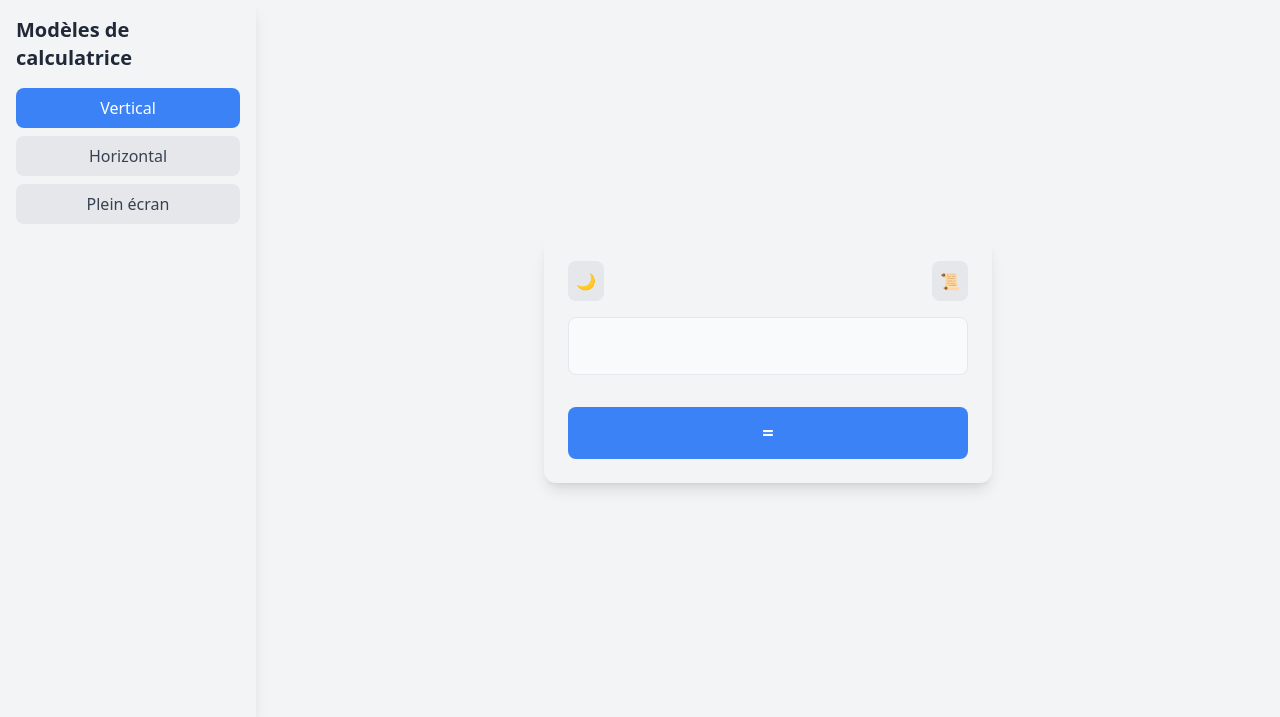
Repository: Sirinegaddour11/Calculator-App
Page: /
An editor plug-in stored every save of this project. The page is shown before and after the next save, followed by the edit.
The browser window is 1280 px wide. The pictures show the whole page.
The project was rebuilt for these pictures with package versions that can differ from the ones it lists, and the page was loaded fresh each time. The framework's server and built-in components were replaced by stand-ins that run in the browser. Also part of the build but not shown: next.config.mjs.

Above is the page before, as saved 2024-09-16 19:52:54.

### app/layout.tsx
import type { Metadata } from "next";
import "./globals.css";

export const metadata: Metadata = {
  title: "Calculator App",
  description: "Generated by me",
};

export default function RootLayout({
  children,
}: Readonly<{
  children: React.ReactNode;
}>) {
  return (
    <html lang="en">
      <body className="bg-red-200">{children}</body>
    </html>
  );
}

### app/page.tsx
import Calculator from "@/components/calculator";
import Image from "next/image";

export default function Home() {
  return (
    <div>
      <Calculator />
    </div>
  );
}

### app/globals.css
@tailwind base;
@tailwind components;
@tailwind utilities;

.dark .three-d {
  text-shadow: 0px 5px 0px #533519;
}
.three-d {
  text-shadow: none;
}
.dark .simplebar-scrollbar ::before {
 background-color: rgb(216, 217, 231);
}

### components/calculator.tsx
"use client";
import React, { useState, useEffect } from "react";
import {
  evaluate,
  pi,
  exp,
  log,
  factorial,
  sin,
  cos,
  tan,
  asin,
  acos,
  atan,
} from "mathjs";

const Calculator: React.FC = () => {
  const [expression, setExpression] = useState<string>("");
  const [lastResult, setLastResult] = useState<string>("");
  const [isRadianMode, setIsRadianMode] = useState<boolean>(true);
  const [theme, setTheme] = useState<string>("light");
  const [history, setHistory] = useState<string[]>([]);
  const [showHistory, setShowHistory] = useState<boolean>(false);
  const [layout, setLayout] = useState<string>("vertical");

  const handleButtonClick = (value: string) => {
    switch (value) {
      case "pi":
        setExpression((prev) => prev + "π");
        break;
      case "e":
        setExpression((prev) => prev + "e");
        break;
      case "Ans":
        setExpression((prev) => prev + lastResult);
        break;
      case "ln":
        setExpression((prev) => prev + "log(");
        break;
      case "log":
        setExpression((prev) => prev + "log10(");
        break;
      case "x!":
        setExpression((prev) => prev + "factorial(");
        break;
      case "%":
        setExpression((prev) => prev + "%");
        break;
      case "inv":
        setExpression((prev) => prev + "^(-1)");
        break;
      case "EXP":
        setExpression((prev) => prev + "×10^");
        break;
      case "CE":
        setExpression((prev) => prev.slice(0, -1));
        break;
      case "x²":
        setExpression((prev) => prev + "^2");
        break;
      case "x³":
        setExpression((prev) => prev + "^3");
        break;
      case "√":
        setExpression((prev) => prev + "sqrt(");
        break;
      case "∛":
        setExpression((prev) => prev + "cbrt(");
        break;
      case "sin⁻¹":
        setExpression((prev) => prev + "asin(");
        break;
      case "cos⁻¹":
        setExpression((prev) => prev + "acos(");
        break;
      case "tan⁻¹":
        setExpression((prev) => prev + "atan(");
        break;
      case "Rad":
        setIsRadianMode(true);
        break;
      case "Deg":
        setIsRadianMode(false);
        break;
      case ".":
        setExpression((prev) =>
          prev === "" || prev.endsWith("(") ? prev + "0." : prev + "."
        );
        break;
      default:
        if (["sin", "cos", "tan", "^"].includes(value)) {
          setExpression((prev) => prev + value + "(");
        } else if (value === ")") {
          setExpression((prev) => prev + value);
        } else {
          setExpression((prev) => prev + value);
        }
        break;
    }
  };

  const handleCalculate = () => {
    try {
      let expressionToEvaluate = expression
        .replace(/π/g, "pi")
        .replace(/×/g, "*");
      if (!isRadianMode) {
        expressionToEvaluate = expressionToEvaluate
          .replace(/sin\(/g, "sin(pi/180*")
          .replace(/cos\(/g, "cos(pi/180*")
          .replace(/tan\(/g, "tan(pi/180*")
          .replace(/asin\(/g, "180/pi*asin(")
          .replace(/acos\(/g, "180/pi*acos(")
          .replace(/atan\(/g, "180/pi*atan(");
      }
      const result = evaluate(expressionToEvaluate);
      setLastResult(result.toString());
      setExpression(result.toString());
      setHistory((prev) => [
        expression + " = " + result.toString(),
        ...prev.slice(0, 4),
      ]);
    } catch (error) {
      setExpression("Erreur");
    }
  };

  const handleClear = () => {
    setExpression("");
    setLastResult("");
  };

  const toggleTheme = () => {
    setTheme((prevTheme) => (prevTheme === "light" ? "dark" : "light"));
  };

  const toggleHistory = () => {
    setShowHistory((prev) => !prev);
  };

  useEffect(() => {
    document.body.className = theme;
  }, [theme]);

  return (
    <div
      className={`flex min-h-screen bg-${
        theme === "light" ? "gray-100" : "gray-800"
      } font-sans`}
    >
      <div
        className={`w-64 bg-${
          theme === "light" ? "white" : "gray-700"
        } p-4 shadow-lg`}
      >
        <h2
          className={`text-xl font-bold mb-4 ${
            theme === "light" ? "text-gray-800" : "text-white"
          }`}
        >
          Modèles de calculatrice
        </h2>
        <ul>
          {["vertical", "horizontal", "plein écran"].map((option) => (
            <li key={option} className="mb-2">
              <button
                className={`w-full p-2 rounded-lg ${
                  layout === option
                    ? theme === "light"
                      ? "bg-blue-500 text-white"
                      : "bg-blue-700 text-white"
                    : theme === "light"
                    ? "bg-gray-200 text-gray-700"
                    : "bg-gray-600 text-white"
                } hover:bg-blue-600 transition-colors`}
                onClick={() => setLayout(option)}
              >
                {option.charAt(0).toUpperCase() + option.slice(1)}
              </button>
            </li>
          ))}
        </ul>
      </div>
      <div
        className={`flex-grow flex justify-center items-center ${
          layout === "plein écran" ? "p-4" : ""
        }`}
      >
        <div
          className={`${
            layout === "vertical"
              ? "max-w-md w-full"
              : layout === "horizontal"
              ? "max-w-4xl w-full"
              : "w-full h-full"
          } bg-${
            theme === "light" ? "white" : "gray-700"
          } rounded-xl shadow-lg p-6`}
        >
          <div className="flex justify-between mb-4">
            <button
              className={`p-2 rounded-lg ${
                theme === "light"
                  ? "bg-gray-200 text-gray-700"
                  : "bg-gray-600 text-white"
              }`}
              onClick={toggleTheme}
            >
              {theme === "light" ? "🌙" : "☀️"}
            </button>
            <button
              className={`p-2 rounded-lg ${
                theme === "light"
                  ? "bg-gray-200 text-gray-700"
                  : "bg-gray-600 text-white"
              }`}
              onClick={toggleHistory}
            >
              📜
            </button>
          </div>
          <input
            type="text"
            className={`w-full mb-4 p-3 text-2xl text-right ${
              theme === "light"
                ? "bg-gray-50 text-gray-700"
                : "bg-gray-600 text-white"
            } rounded-lg border border-gray-200 focus:outline-none focus:border-blue-500`}
            value={expression}
            readOnly
          />
          {showHistory && (
            <div
              className={`mb-4 p-2 ${
                theme === "light" ? "bg-gray-100" : "bg-gray-600"
              } rounded-lg`}
            >
              <h3
                className={`text-lg font-bold ${
                  theme === "light" ? "text-gray-700" : "text-white"
                }`}
              >
                Historique
              </h3>
              <ul>
                {history.map((item, index) => (
                  <li
                    key={index}
                    className={`${
                      theme === "light" ? "text-gray-600" : "text-gray-200"
                    }`}
                  >
                    {item}
                  </li>
                ))}
              </ul>
            </div>
          )}
          <div
            className={`grid ${
              layout === "horizontal" ? "grid-cols-10" : "grid-cols-5"
            } gap-2`}
          >
            {/* ... (le reste du code pour les boutons reste inchangé) */}
          </div>
          <button
            className={`mt-4 w-full p-3 ${
              theme === "light"
                ? "bg-blue-500 text-white"
                : "bg-blue-700 text-white"
            } rounded-lg hover:bg-blue-600 text-xl font-bold transition-colors`}
            onClick={handleCalculate}
          >
            =
          </button>
        </div>
      </div>
    </div>
  );
};

export default Calculator;

Loaded but not shown: tailwind.config.ts (common file)

After the next save:
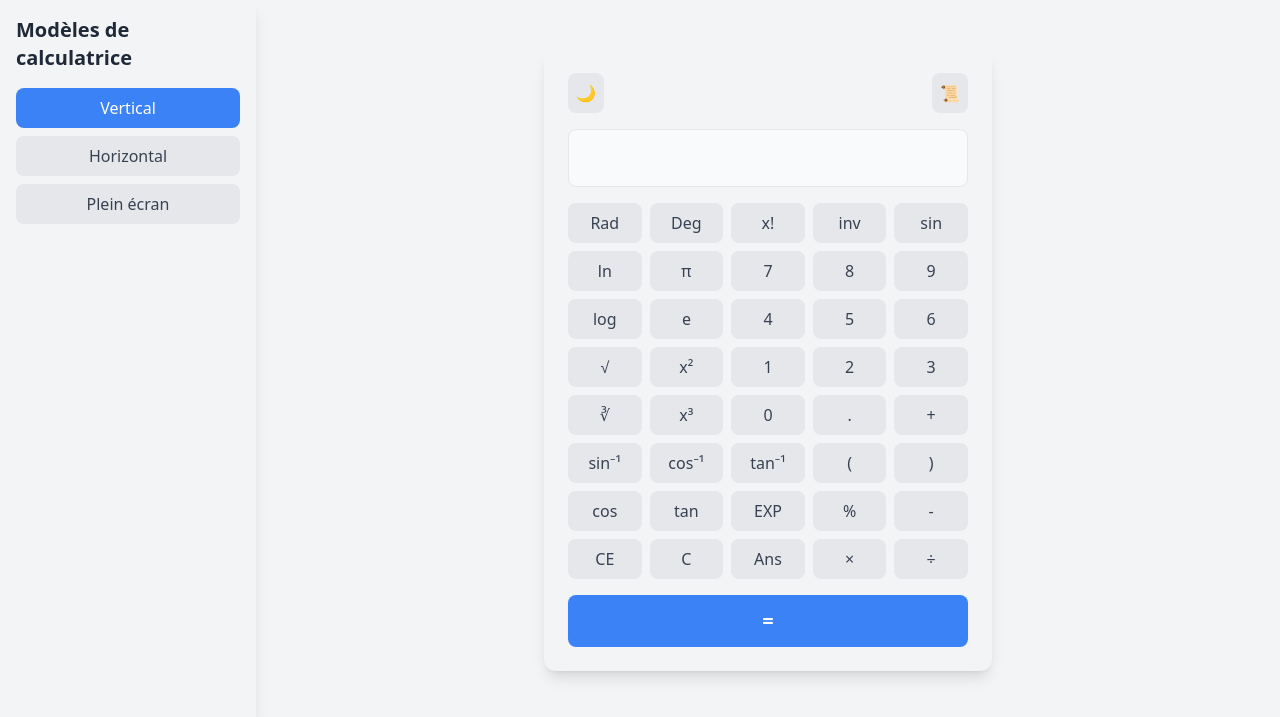
Saved 25 s later.
--- a/components/calculator.tsx
+++ b/components/calculator.tsx
@@ -261,7 +261,28 @@ const Calculator: React.FC = () => {
               layout === "horizontal" ? "grid-cols-10" : "grid-cols-5"
             } gap-2`}
           >
-            {/* ... (le reste du code pour les boutons reste inchangé) */}
+            {[
+              "Rad", "Deg", "x!", "inv", "sin",
+              "ln", "π", "7", "8", "9",
+              "log", "e", "4", "5", "6",
+              "√", "x²", "1", "2", "3",
+              "∛", "x³", "0", ".", "+",
+              "sin⁻¹", "cos⁻¹", "tan⁻¹", "(", ")",
+              "cos", "tan", "EXP", "%", "-",
+              "CE", "C", "Ans", "×", "÷"
+            ].map((btn) => (
+              <button
+                key={btn}
+                className={`p-2 rounded-lg ${
+                  theme === "light"
+                    ? "bg-gray-200 text-gray-700 hover:bg-gray-300"
+                    : "bg-gray-600 text-white hover:bg-gray-500"
+                } transition-colors`}
+                onClick={() => handleButtonClick(btn)}
+              >
+                {btn}
+              </button>
+            ))}
           </div>
           <button
             className={`mt-4 w-full p-3 ${
